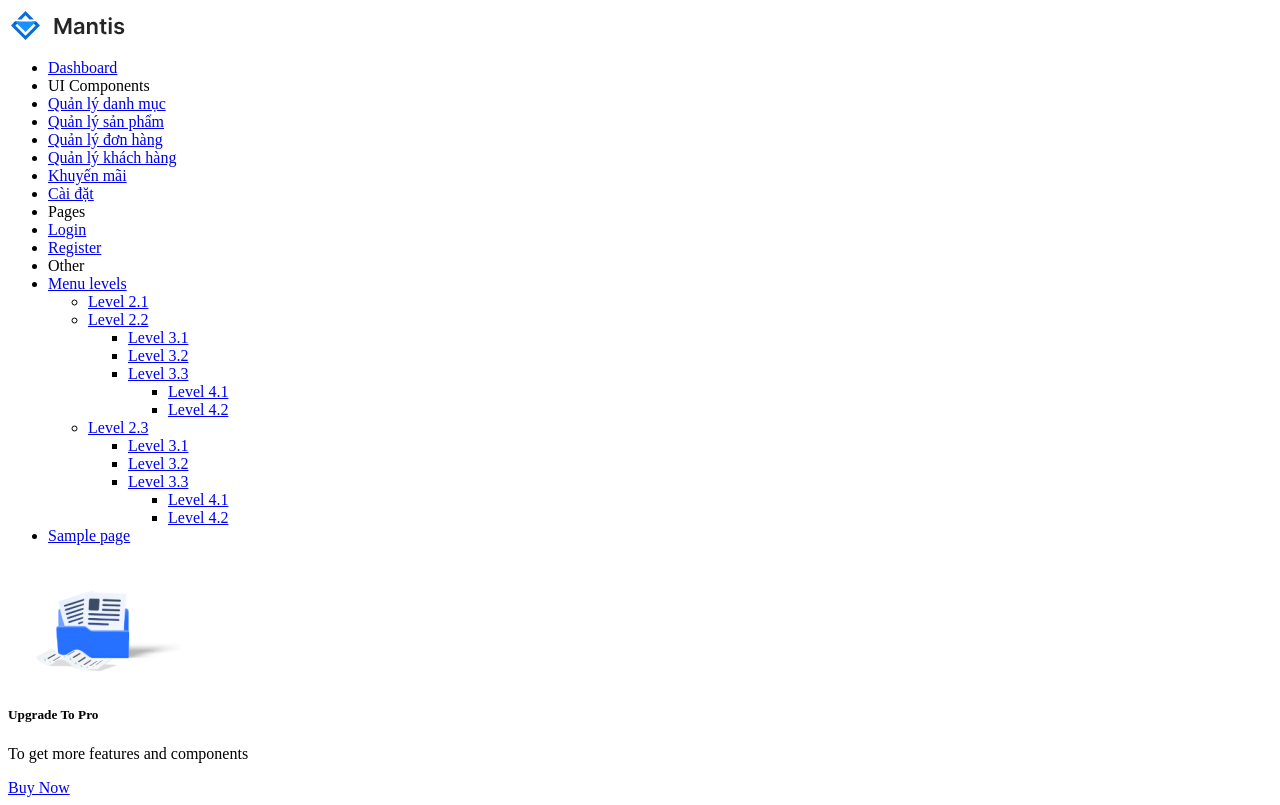
Repository: DucDMinh/LTWebJava_Nhom10
Page: http://localhost/admin/fragments/sidebar
These files come from the project's save history. The page is drawn as it stood at one moment and after the next save; the edit follows.
The browser window is 1280 px wide. The pictures show the whole page.
The page is this project's Thymeleaf template; nobody is signed in. The template is opened directly, without the code that normally fills it, so the values that code supplies are empty.

Above is the page before, as saved 2025-10-20 00:46:09.

After the next save:
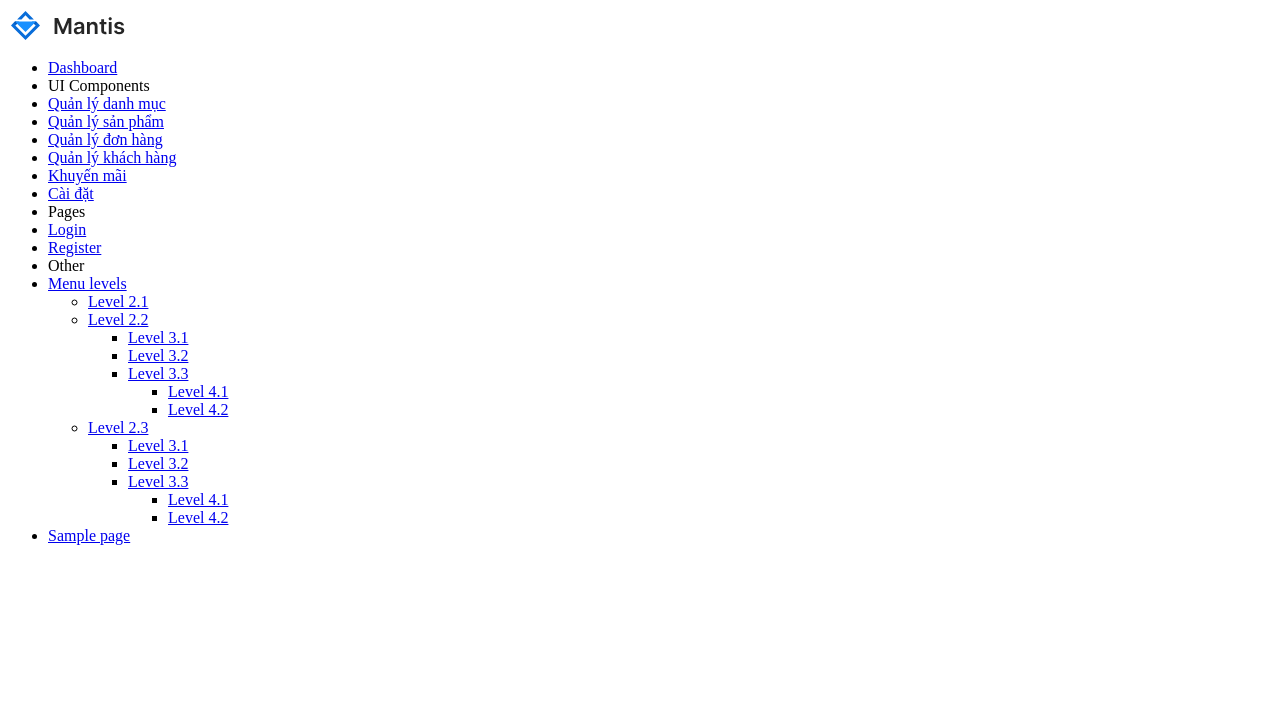
Saved 90 s later.
--- a/nhom10/src/main/resources/templates/admin/fragments/sidebar.html
+++ b/nhom10/src/main/resources/templates/admin/fragments/sidebar.html
@@ -22,8 +22,8 @@
 						class="pc-mtext">Quản lý danh mục</span>
 				</a></li>
 				<li class="pc-item"><a href="admin/category" class="pc-link">
-						<span class="pc-micon"><i class="ti ti-brand-producthunt"></i></span> <span
-						class="pc-mtext">Quản lý sản phẩm</span>
+						<span class="pc-micon"><i class="ti ti-brand-producthunt"></i></span>
+						<span class="pc-mtext">Quản lý sản phẩm</span>
 				</a></li>
 				<li class="pc-item"><a href="admin/category" class="pc-link">
 						<span class="pc-micon"><i class="ti ti-license"></i></span> <span
@@ -108,17 +108,7 @@
 							page</span>
 				</a></li>
 			</ul>
-			<div class="card text-center">
-				<div class="card-body">
-					<img src="../assets/images/img-navbar-card.png" alt="images"
-						class="img-fluid mb-2">
-					<h5>Upgrade To Pro</h5>
-					<p>To get more features and components</p>
-					<a
-						href="https://codedthemes.com/item/berry-bootstrap-5-admin-template/"
-						target="_blank" class="btn btn-success">Buy Now</a>
-				</div>
-			</div>
+
 		</div>
 	</div>
 </nav>
